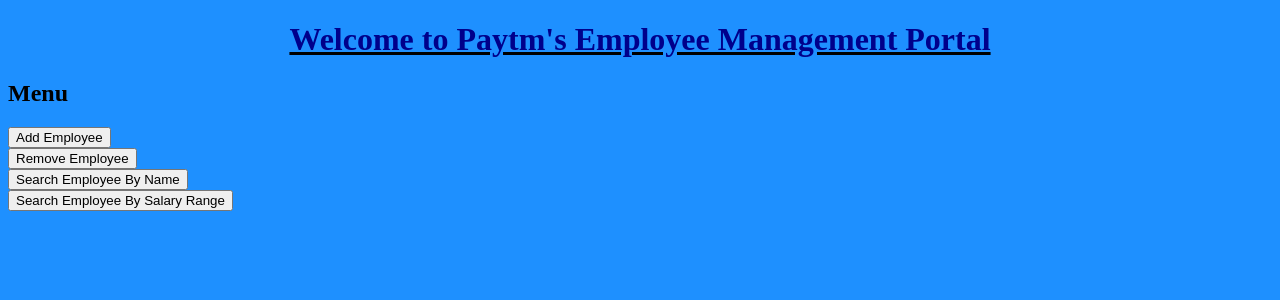
Repository: kimchiLover/BackupProjectsOnPC
Page: eclipse-oauth/ManageEmpApp/WebContent/index.html
An editor plug-in stored every save of this project. The page is shown before and after the next save, followed by the edit.
The browser window is 1280 px wide. The pictures show the whole page.

Above is the page before, as saved 2019-07-18 10:06:36.

### eclipse-oauth/ManageEmpApp/WebContent/index.html
<!DOCTYPE html>
<html>
<head>
<meta charset="UTF-8">
<title>Paytm Emp Portal</title>
</head>
<body style="background-color:DodgerBlue;">

<center>
<u><h1 style="color:DarkBlue;">Welcome to Paytm's Employee Management Portal</h1></u>
</center>
<h2>Menu</h2>

<form action="addEmployee.html">
  <input type="submit" value="Add Employee">
</form>

<form action="removeEmployee.html">
  <input type="submit" value="Remove Employee">
</form>

<form action="searchEmployeeByName.html">
  <input type="submit" value="Search Employee By Name">
</form>

<form action="searchEmployeeBySalaryRange.html">
  <input type="submit" value="Search Employee By Salary Range">
</form>

</body>
</html>

After the next save:
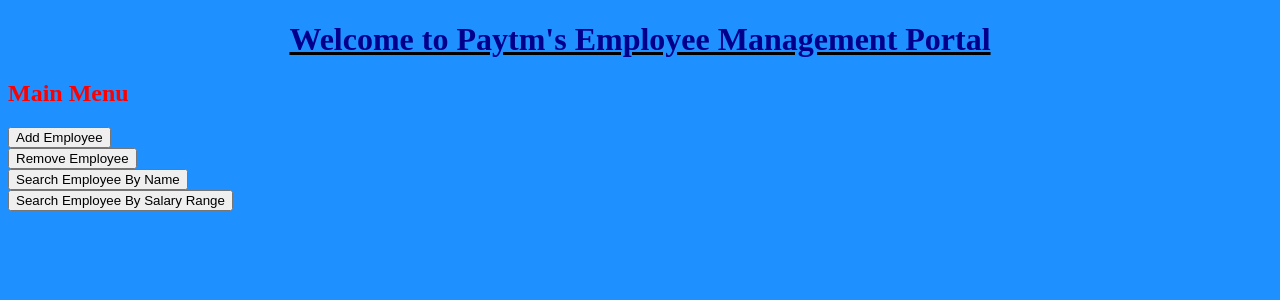
Saved 50 s later.
--- a/eclipse-oauth/ManageEmpApp/WebContent/index.html
+++ b/eclipse-oauth/ManageEmpApp/WebContent/index.html
@@ -9,7 +9,7 @@
 <center>
 <u><h1 style="color:DarkBlue;">Welcome to Paytm's Employee Management Portal</h1></u>
 </center>
-<h2>Menu</h2>
+<h2 style="color:Red;">Main Menu</h2>
 
 <form action="addEmployee.html">
   <input type="submit" value="Add Employee">
